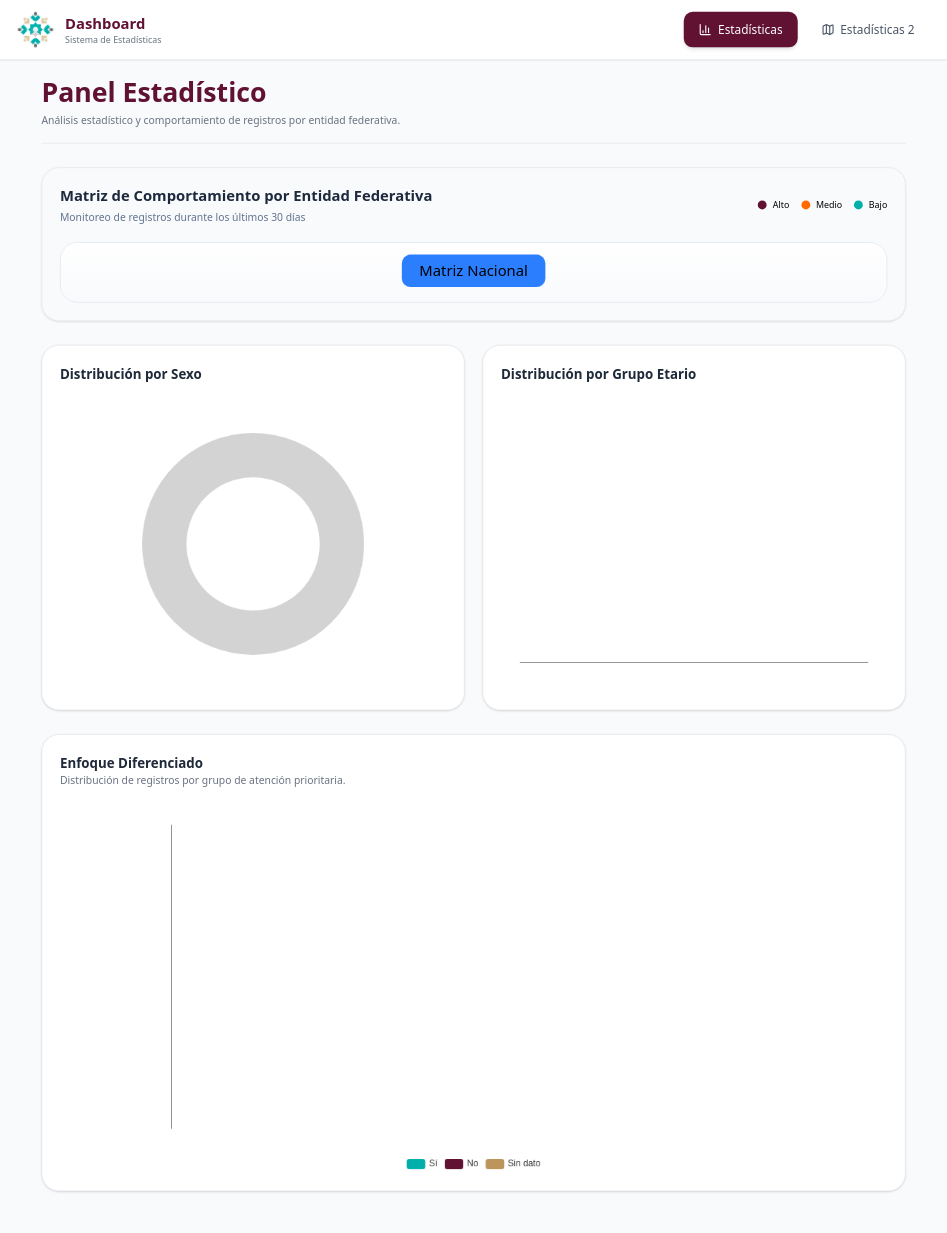
Repository: jesus890/semaforo-cinepolis
Page: /estadisticas
An editor plug-in stored every save of this project. The page is shown before and after the next save, followed by the edit.
The browser window is 1280 px wide. The pictures show the whole page, at 74% of full size.
The page's requests for data from a server got no answer. The project was rebuilt for these pictures with package versions that can differ from the ones it lists, and the page was loaded fresh each time. No one was signed in, and anything a server would have sent is missing. Also part of the build but not shown: vite.config.ts, src/pages/EstadisticasDosPage.tsx.

Above is the page before, as saved 2026-06-04 13:44:38.

After the next save:
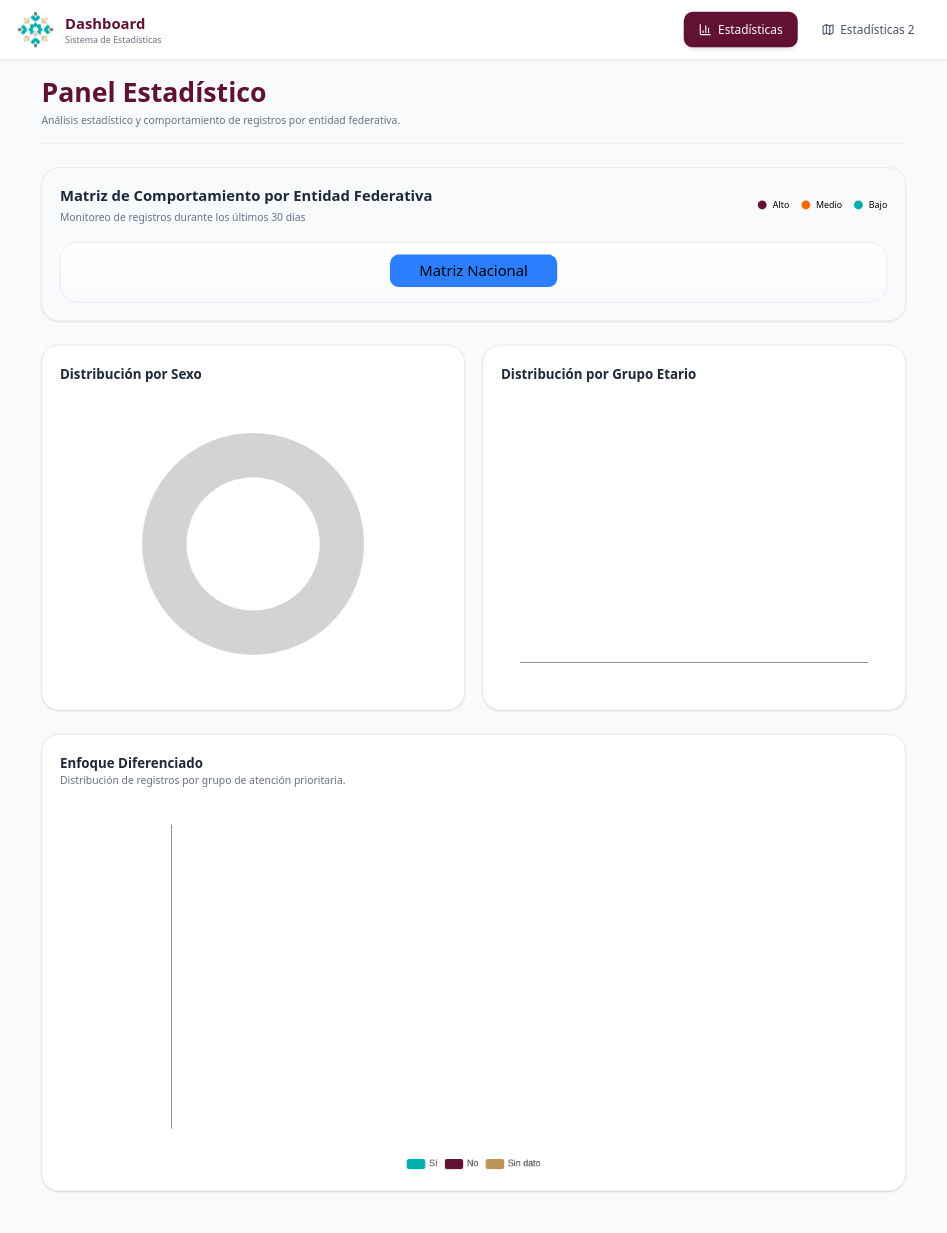
Saved 7 s later.
--- a/src/components/Dashboard/heatmap/HeatmapTable.tsx
+++ b/src/components/Dashboard/heatmap/HeatmapTable.tsx
@@ -44,7 +44,7 @@ export default function HeatmapTable({ rows, level, onRowClick, onCellClick, }:
             {
                 level == "estado" ? (
                     <div className="flex justify-center">
-                        <div className="bg-blue-500 px-6 py-2 rounded-xl">
+                        <div className="bg-blue-500 px-10 py-2 rounded-xl">
                             <p className="text-semibold text-xl" >Matriz Nacional</p>
                         </div>
                     </div>
